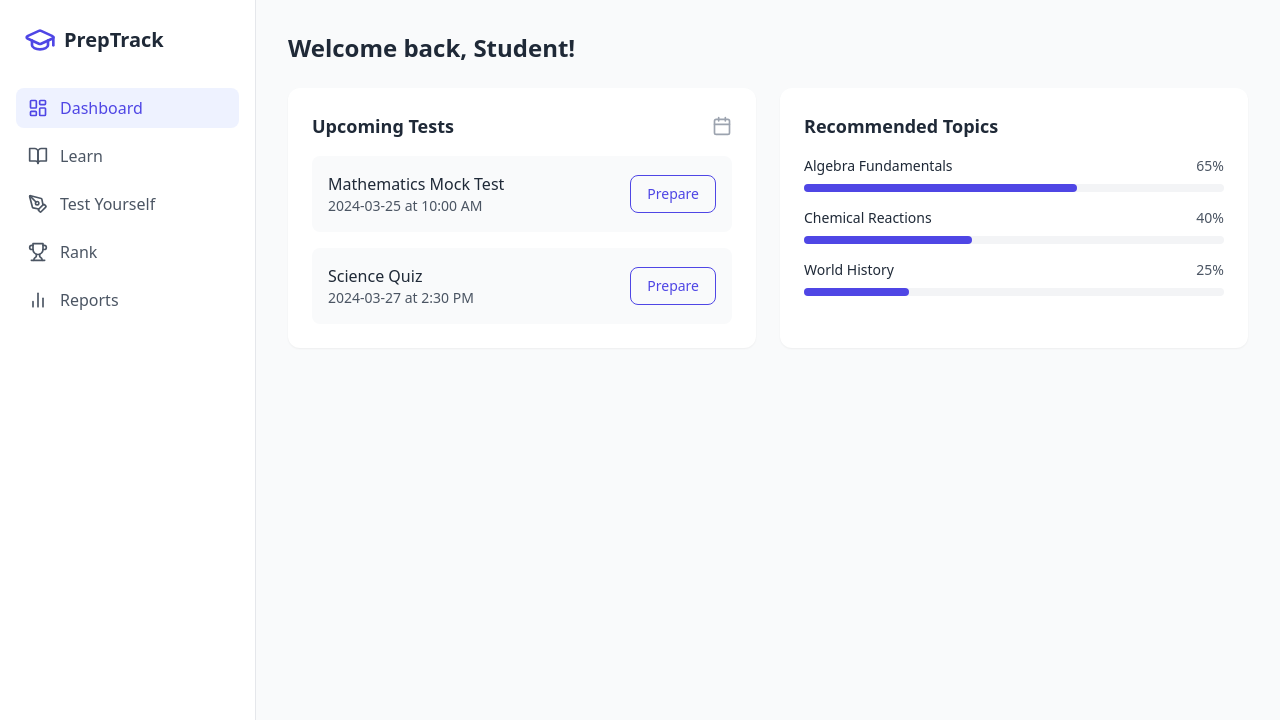
Repository: Krishna3451/preptracker
Page: /dashboard
An editor plug-in stored every save of this project. The page is shown before and after the next save, followed by the edit.
The browser window is 1280 px wide. The pictures show the whole page.
The project was rebuilt for these pictures with package versions that can differ from the ones it lists, and the page was loaded fresh each time. Also part of the build but not shown: vite.config.ts, src/pages/Learn.tsx, src/pages/TestYourself.tsx, src/pages/Rank.tsx, src/pages/Reports.tsx, src/pages/Landing.tsx.

Above is the page before, as saved 2025-02-14 22:34:03.

### src/App.tsx
import React from 'react';
import { BrowserRouter as Router, Routes, Route, useLocation } from 'react-router-dom';
import Sidebar from './components/Sidebar';
import Dashboard from './pages/Dashboard';
import Learn from './pages/Learn';
import TestYourself from './pages/TestYourself';
import Rank from './pages/Rank';
import Reports from './pages/Reports';
import Landing from './pages/Landing';

const AppLayout = ({ children }: { children: React.ReactNode }) => {
  const location = useLocation();
  const isLandingPage = location.pathname === '/';

  if (isLandingPage) {
    return children;
  }

  return (
    <div className="flex min-h-screen bg-gray-50">
      <Sidebar />
      <main className="flex-1 p-8">
        {children}
      </main>
    </div>
  );
};

function App() {
  return (
    <Router>
      <AppLayout>
        <Routes>
          <Route path="/" element={<Landing />} />
          <Route path="/dashboard" element={<Dashboard />} />
          <Route path="/learn" element={<Learn />} />
          <Route path="/test" element={<TestYourself />} />
          <Route path="/rank" element={<Rank />} />
          <Route path="/reports" element={<Reports />} />
        </Routes>
      </AppLayout>
    </Router>
  );
}

export default App;

### src/components/Sidebar.tsx
import React from 'react';
import { NavLink } from 'react-router-dom';
import { LayoutDashboard, BookOpen, PenTool, Trophy, BarChart2, GraduationCap } from 'lucide-react';

const Sidebar = () => {
  const navItems = [
    { path: '/dashboard', icon: LayoutDashboard, label: 'Dashboard' },
    { path: '/learn', icon: BookOpen, label: 'Learn' },
    { path: '/test', icon: PenTool, label: 'Test Yourself' },
    { path: '/rank', icon: Trophy, label: 'Rank' },
    { path: '/reports', icon: BarChart2, label: 'Reports' },
  ];

  return (
    <div className="w-64 bg-white border-r border-gray-200 px-4 py-6">
      <div className="flex items-center gap-2 mb-8 px-2">
        <GraduationCap className="w-8 h-8 text-indigo-600" />
        <span className="text-xl font-bold text-gray-800">PrepTrack</span>
      </div>
      <nav className="space-y-2">
        {navItems.map((item) => (
          <NavLink
            key={item.path}
            to={item.path}
            className={({ isActive }) =>
              `flex items-center gap-3 px-3 py-2 rounded-lg transition-colors ${
                isActive
                  ? 'bg-indigo-50 text-indigo-600'
                  : 'text-gray-600 hover:bg-gray-50'
              }`
            }
          >
            <item.icon className="w-5 h-5" />
            <span>{item.label}</span>
          </NavLink>
        ))}
      </nav>
    </div>
  );
};

export default Sidebar;

### src/pages/Dashboard.tsx
import React from 'react';
import { Clock, Book, Award, Calendar } from 'lucide-react';

const Dashboard = () => {
  const stats = [
    { icon: Clock, label: 'Study Time', value: '12.5 hrs' },
    { icon: Book, label: 'Topics Completed', value: '24/50' },
    { icon: Award, label: 'Current Rank', value: '#125' },
  ];

  const upcomingTests = [
    { id: 1, title: 'Mathematics Mock Test', date: '2024-03-25', time: '10:00 AM' },
    { id: 2, title: 'Science Quiz', date: '2024-03-27', time: '2:30 PM' },
  ];

  const recommendedTopics = [
    { id: 1, title: 'Algebra Fundamentals', progress: 65 },
    { id: 2, title: 'Chemical Reactions', progress: 40 },
    { id: 3, title: 'World History', progress: 25 },
  ];

  return (
    <div className="space-y-6">
      <h1 className="text-2xl font-bold text-gray-800">Welcome back, Student!</h1>

      {/* <div className="grid grid-cols-1 md:grid-cols-3 gap-6">
        {stats.map((stat, index) => (
          <div key={index} className="bg-white p-6 rounded-xl shadow-sm">
            <div className="flex items-center gap-4">
              <div className="p-3 bg-indigo-50 rounded-lg">
                <stat.icon className="w-6 h-6 text-indigo-600" />
              </div>
              <div>
                <p className="text-sm text-gray-600">{stat.label}</p>
                <p className="text-xl font-semibold text-gray-800">{stat.value}</p>
              </div>
            </div>
          </div>
        ))}
      </div> */}

      <div className="grid grid-cols-1 lg:grid-cols-2 gap-6">
        <div className="bg-white p-6 rounded-xl shadow-sm">
          <div className="flex items-center justify-between mb-4">
            <h2 className="text-lg font-semibold text-gray-800">Upcoming Tests</h2>
            <Calendar className="w-5 h-5 text-gray-400" />
          </div>
          <div className="space-y-4">
            {upcomingTests.map((test) => (
              <div key={test.id} className="flex items-center justify-between p-4 bg-gray-50 rounded-lg">
                <div>
                  <h3 className="font-medium text-gray-800">{test.title}</h3>
                  <p className="text-sm text-gray-600">{test.date} at {test.time}</p>
                </div>
                <button className="px-4 py-2 text-sm text-indigo-600 border border-indigo-600 rounded-lg hover:bg-indigo-50">
                  Prepare
                </button>
              </div>
            ))}
          </div>
        </div>

        <div className="bg-white p-6 rounded-xl shadow-sm">
          <h2 className="text-lg font-semibold text-gray-800 mb-4">Recommended Topics</h2>
          <div className="space-y-4">
            {recommendedTopics.map((topic) => (
              <div key={topic.id} className="space-y-2">
                <div className="flex justify-between text-sm">
                  <span className="text-gray-800">{topic.title}</span>
                  <span className="text-gray-600">{topic.progress}%</span>
                </div>
                <div className="h-2 bg-gray-100 rounded-full">
                  <div
                    className="h-full bg-indigo-600 rounded-full"
                    style={{ width: `${topic.progress}%` }}
                  />
                </div>
              </div>
            ))}
          </div>
        </div>
      </div>
    </div>
  );
};

export default Dashboard;

Loaded but not shown: index.html (common file); src/main.tsx (common file); src/index.css (common file); tailwind.config.js (common file)

After the next save:
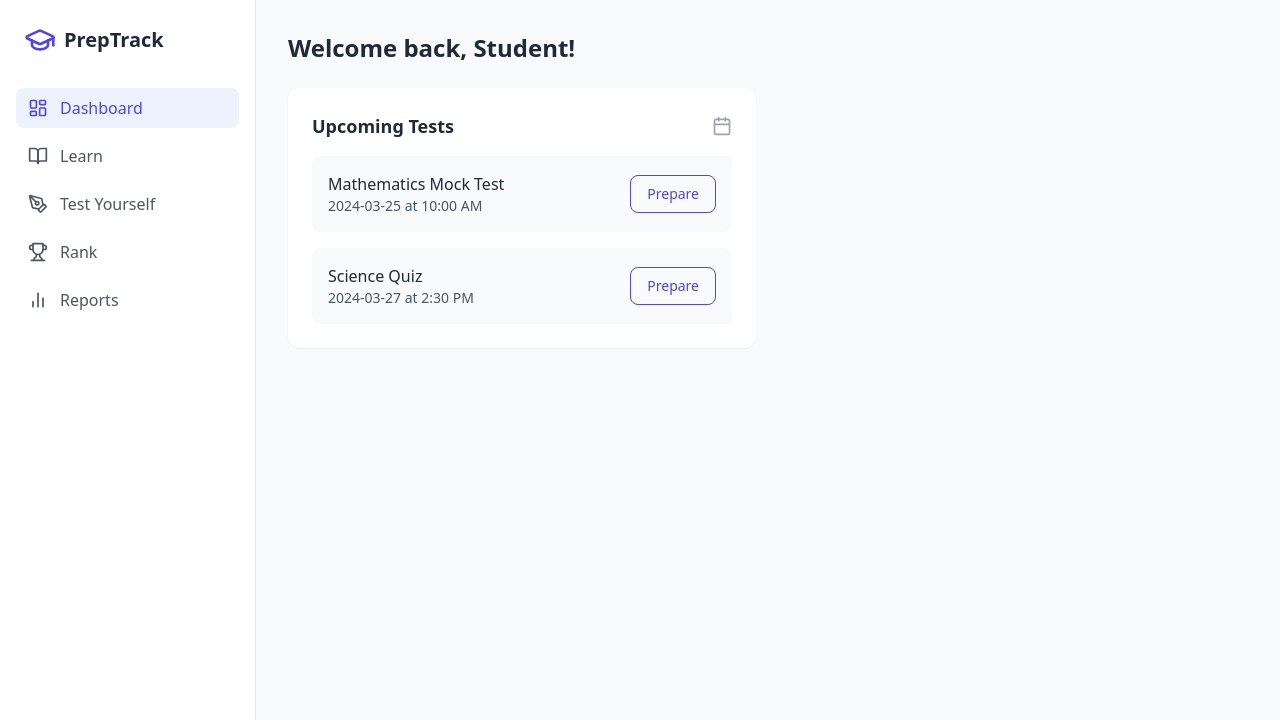
Saved 15 s later.
--- a/src/pages/Dashboard.tsx
+++ b/src/pages/Dashboard.tsx
@@ -60,7 +60,7 @@ const Dashboard = () => {
           </div>
         </div>
 
-        <div className="bg-white p-6 rounded-xl shadow-sm">
+        {/* <div className="bg-white p-6 rounded-xl shadow-sm">
           <h2 className="text-lg font-semibold text-gray-800 mb-4">Recommended Topics</h2>
           <div className="space-y-4">
             {recommendedTopics.map((topic) => (
@@ -78,7 +78,7 @@ const Dashboard = () => {
               </div>
             ))}
           </div>
-        </div>
+        </div> */}
       </div>
     </div>
   );
